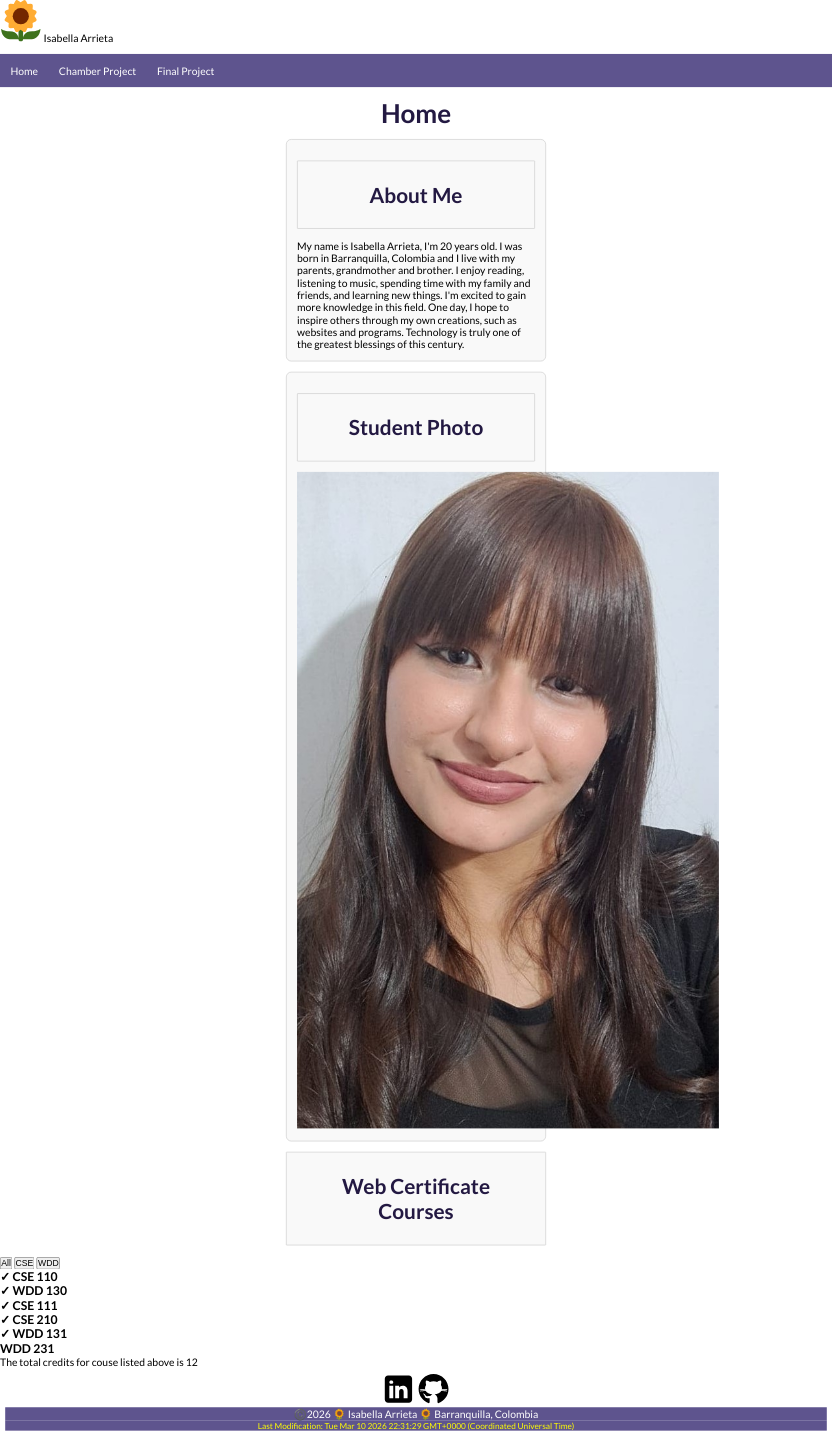
Repository: isaAJ05/wdd231
Page: index.html
These files come from the project's save history. The page is drawn as it stood at one moment and after the next save; the edit follows.
The browser window is 1280 px wide. The pictures show the whole page, at 65% of full size.
Some web fonts or font styles are not loaded; a fallback is used.

Above is the page before, as saved 2026-03-10 23:44:34.

After the next save:
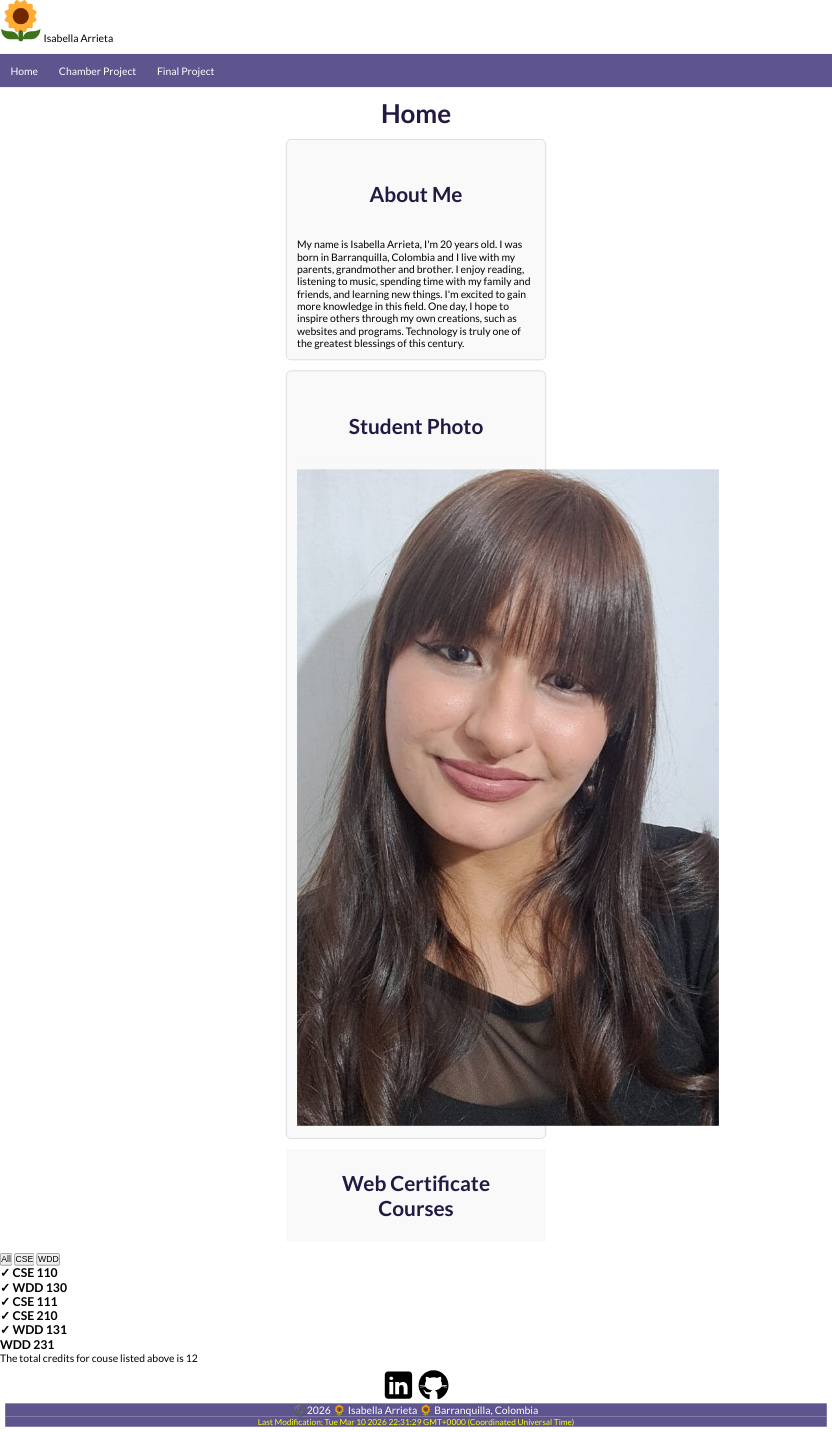
Saved 10 s later.
--- a/styles/normalize.css
+++ b/styles/normalize.css
@@ -91,8 +91,6 @@ nav {
 	background-color: #f9f9f9;
 }
 .rectangle{
-	border: 1px solid #ccc;
-	border-radius: 1px;
 	padding: 1rem;
 	margin: 1rem auto;
 	max-width: 400px;
